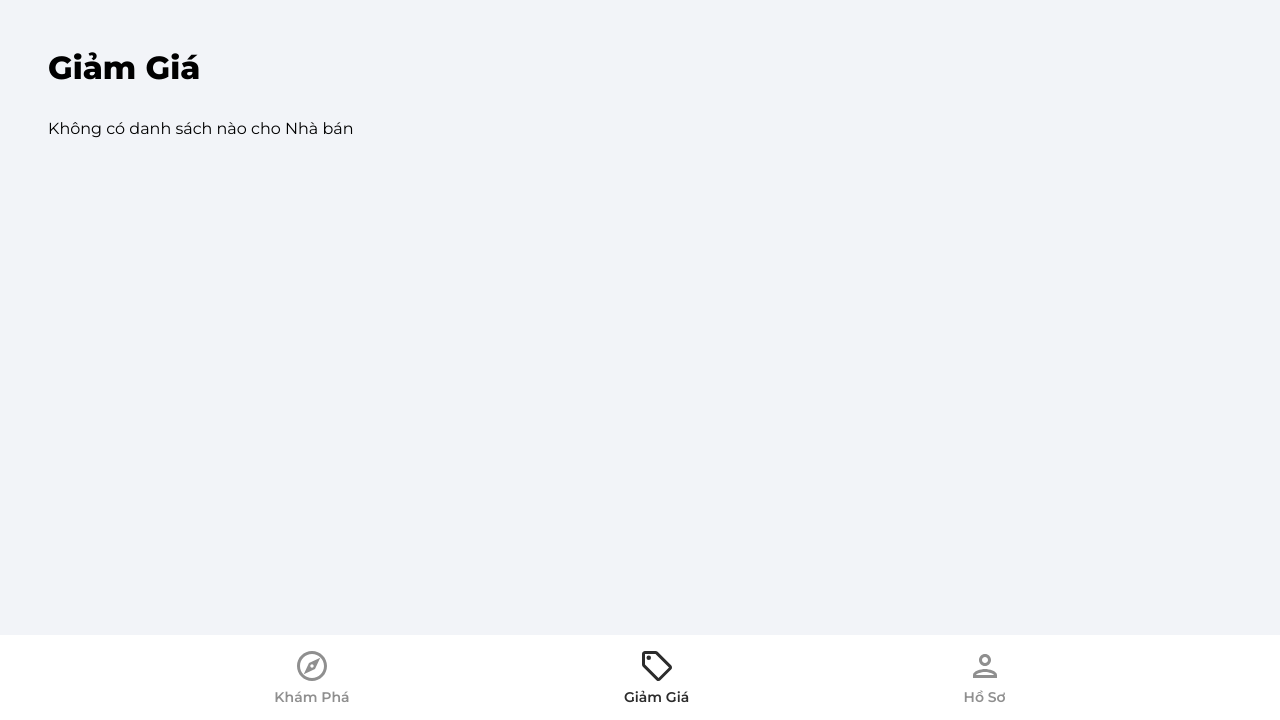
Repository: haokiet2501/house-demo
Page: /offers
These files come from the project's save history. The page is drawn as it stood at one moment and after a run of saves; the edit follows.
The browser window is 1280 px wide. The pictures show the whole page.
The page's requests for data from a server got no answer. The project was rebuilt for these pictures with package versions that can differ from the ones it lists, and the page was loaded fresh each time. No one was signed in, and anything a server would have sent is missing. Also part of the build but not shown: src/pages/Explore.jsx, src/components/ListingItem.jsx, src/pages/Category.jsx, src/pages/Profile.jsx, src/components/OAuth.jsx, src/pages/SignIn.jsx, src/pages/SignUp.jsx, src/pages/ForgotPassword.jsx and 2 more.

Above is the page before, as saved 2022-03-17 18:12:24.

### public/index.html
<!DOCTYPE html>
<html lang="en">
  <head>
    <meta charset="utf-8" />
    <link rel="icon" href="%PUBLIC_URL%/favicon.png" />
    <meta name="viewport" content="width=device-width, initial-scale=1" />
    <meta name="theme-color" content="#000000" />
    <meta
      name="description"
      content="Web site created using create-react-app"
    />
    <link rel="apple-touch-icon" href="%PUBLIC_URL%/logo192.png" />

    <link rel="manifest" href="%PUBLIC_URL%/manifest.json" />

    <title>Nhà Tốt</title>
  </head>
  <body>
    <noscript>You need to enable JavaScript to run this app.</noscript>
    <div id="root"></div>

  </body>
</html>

### src/index.css
@import url('https://fonts.googleapis.com/css2?family=Montserrat:wght@200;300;400;500;600;700;800;900&display=swap');
* {
  box-sizing: border-box;
}

html::-webkit-scrollbar {
  display: none;
}

body {
  font-family: 'Montserrat', sans-serif;
  background-color: #f2f4f8;
  margin: 0;
  box-sizing: border-box;
}

a {
  text-decoration: none;
  display: block;
  color: #000000;
}

button {
  outline: none;
  border: none;
}

.input,
.passwordInput,
.emailInput,
.nameInput,
.textarea {
  box-shadow: rgba(0, 0, 0, 0.11);
  border: none;
  background: #ffffff;
  border-radius: 3rem;
  height: 3rem;
  width: 100%;
  outline: none;
  font-family: 'Montserrat', sans-serif;
  padding: 0 3rem;
  font-size: 1rem;
}
@media (min-width: 1100px) {
  .input,
  .passwordInput,
  .emailInput,
  .nameInput,
  .textarea {
    padding: 0 5rem;
  }
}

.textarea {
  padding: 1rem 1.5rem;
  height: 300px;
  border-radius: 1rem;
}

.primaryButton {
  cursor: pointer;
  background: #00cc66;
  border-radius: 1rem;
  padding: 0.85rem 2rem;
  color: #ffffff;
  font-weight: 600;
  font-size: 1.25rem;
  width: 80%;
  margin: 0 auto;
  display: flex;
  align-items: center;
  justify-content: center;
}

.removeIcon {
  cursor: pointer;
  position: absolute;
  top: -3%;
  right: -2%;
}

.editIcon {
  cursor: pointer;
  position: absolute;
  top: -3.4%;
  right: 20px;
}

.pageContainer,
.offers,
.profile,
.listingDetails,
.category,
.explore {
  margin: 1rem;
}
@media (min-width: 1024px) {
  .pageContainer,
  .offers,
  .profile,
  .listingDetails,
  .category,
  .explore {
    margin: 3rem;
  }
}

.loadingSpinnerContainer {
  position: fixed;
  top: 0;
  right: 0;
  bottom: 0;
  left: 0;
  background-color: rgba(0, 0, 0, 0.5);
  z-index: 5000;
  display: flex;
  justify-content: center;
  align-items: center;
}

.loadingSpinner {
  width: 64px;
  height: 64px;
  border: 8px solid;
  border-color: #00cc66 transparent #00cc66 transparent;
  border-radius: 50%;
  animation: spin 1.2s linear infinite;
}
@keyframes spin {
  0% {
    transform: rotate(0deg);
  }
  100% {
    transform: rotate(360deg);
  }
}

.pageHeader {
  font-size: 2rem;
  font-weight: 800;
}

.navbar {
  position: fixed;
  left: 0;
  bottom: 0;
  right: 0;
  height: 85px;
  background-color: #ffffff;
  z-index: 1000;
  display: flex;
  justify-content: center;
  align-items: center;
}

.navbarNav {
  width: 100%;
  margin-top: 0.75rem;
  overflow-y: hidden;
}

.navbarListItems {
  margin: 0;
  padding: 0;
  display: flex;
  justify-content: space-evenly;
  align-items: center;
}

.navbarListItem {
  cursor: pointer;
  display: flex;
  flex-direction: column;
  justify-content: space-evenly;
  align-items: center;
}

.navbarListItemName,
.navbarListItemNameActive {
  margin-top: 0.25rem;
  font-size: 14px;
  font-weight: 600;
  color: #8f8f8f;
}
.navbarListItemNameActive {
  color: #2c2c2c;
}

.nameInput {
  margin-bottom: 2rem;
  background: url('./assets/svg/badgeIcon.svg') #ffffff 2.5% center no-repeat;
}

.emailInput {
  margin-bottom: 2rem;
  background: url('./assets/svg/personIcon.svg') #ffffff 2.5% center no-repeat;
}

.passwordInputDiv {
  position: relative;
}

.passwordInput {
  margin-bottom: 2rem;
  background: url('./assets/svg/lockIcon.svg') #ffffff 2.5% center no-repeat;
}

.showPassword {
  cursor: pointer;
  position: absolute;
  top: -4%;
  right: 1%;
  padding: 1rem;
}

.forgotPasswordLink {
  cursor: pointer;
  color: #00cc66;
  font-weight: 600;
  text-align: right;
}

.signInBar,
.signUpBar {
  margin-top: 3rem;
  display: flex;
  justify-content: space-between;
  align-items: center;
  position: inherit;
}

.signInButton,
.signUpButton,
.signInText,
.signUpText {
  cursor: pointer;
}
@media (min-width: 1024px) {
  .signInBar,
  .signUpBar {
    justify-content: start;
  }
}

.signInText,
.signUpText {
  font-size: 1.5rem;
  font-weight: 700;
}

.signInButton,
.signUpButton {
  display: flex;
  justify-content: center;
  align-items: center;
  width: 3rem;
  height: 3rem;
  background-color: #00cc66;
  border-radius: 50%;
}
@media (min-width: 1024px) {
  .signInButton,
  .signUpButton {
    margin-left: 3rem;
  }
}

.socialLogin {
  margin-top: 4rem;
  display: flex;
  flex-direction: column;
  align-items: center;
}

.socialIconDiv {
  cursor: pointer;
  display: flex;
  justify-content: center;
  align-items: center;
  padding: 0.75rem;
  margin: 1.5rem;
  width: 3rem;
  height: 3rem;
  background-color: #ffffff;
  border-radius: 50%;
  box-shadow: 0 4px 8px 0 rgba(0, 0, 0, 0.1);
}

.socialIconImg {
  width: 100%;
}

.registerLink {
  margin-top: 4rem;
  color: #00cc66;
  font-weight: 600;
  text-align: center;
  margin-bottom: 3rem;
}

@media (min-width: 1217px) {
  .explore {
    margin-bottom: 10rem;
  }
}
@media (max-height: 536) {
  .explore {
    margin-bottom: 10rem;
  }
}

.exploreHeading,
.exploreCategoryHeading {
  font-weight: 700;
  font-size: 1.5rem;
}

.exploreCategoryHeading {
  margin-top: 3rem;
}

.swiper-container {
  min-height: 225px;
  height: 23vw;
}

.swiper-pagination-bullet-active {
  background-color: #ffffff !important;
}

.swiperSlideDiv {
  position: relative;
  width: 100%;
  height: 100%;
}

.swiperSlideImg {
  width: 100%;
  object-fit: cover;
}

.swiperSlideText {
  color: #ffffff;
  position: absolute;
  top: 70px;
  left: 0;
  font-weight: 600;
  max-width: 90%;
  font-size: 1.25rem;
  background-color: rgba(0, 0, 0, 0.8);
  padding: 0.5rem;
}
@media (min-width: 1024px) {
  .swiperSlideText {
    font-size: 1.75rem;
  }
}

.swiperSlidePrice {
  color: #000000;
  position: absolute;
  top: 143px;
  left: 11px;
  font-weight: 600;
  max-width: 90%;
  background-color: #ffffff;
  padding: 0.25rem 0.5rem;
  border-radius: 1rem;
}
@media (min-width: 1024px) {
  .swiperSlidePrice {
    font-size: 1.25rem;
  }
}

.exploreCategories {
  display: flex;
  justify-content: space-between;
}
.exploreCategories a {
  width: 48%;
}

.exploreCategoryImg {
  min-height: 115px;
  height: 15vw;
  width: 100%;
  border-radius: 1.5rem;
  object-fit: cover;
  margin: 0 auto;
}

.exploreCategoryName {
  font-weight: 600;
  color: #333333;
  text-align: left;
}

.category {
  margin-bottom: 10rem;
}

.categoryListings {
  padding: 0;
}

.categoryListing {
  display: flex;
  justify-content: space-between;
  align-items: center;
  margin-bottom: 1rem;
  position: relative;
}

.categoryListingLink {
  display: contents;
}

.categoryListingImg {
  width: 30%;
  height: 100px;
  border-radius: 1.5rem;
  object-fit: cover;
}
@media (min-width: 1024px) {
  .categoryListingImg {
    width: 19%;
    height: 217px;
  }
}

.categoryListingDetails {
  width: 65%;
}
@media (min-width: 1024px) {
  .categoryListingDetails {
    width: 79%;
  }
}

.categoryListingLocation {
  font-weight: 600;
  font-size: 1rem;
  opacity: 0.8;
  margin-bottom: 5px;
}

.categoryListingName {
  font-weight: 600;
  font-size: 1.25rem;
  margin: 0;
}

.categoryListingPrice {
  margin-top: 0.5rem;
  font-weight: 600;
  font-size: 1.1rem;
  color: #00cc66;
  margin-bottom: 0;
  display: flex;
  align-items: center;
}

.categoryListingInfoDiv {
  display: flex;
  justify-content: space-between;
  max-width: 275px;
}

.categoryListingInfoText {
  font-weight: 500;
  font-size: 0.9rem;
}

.loadMore {
  cursor: pointer;
  width: 8rem;
  margin: 0 auto;
  text-align: center;
  padding: 0.25rem 0.5rem;
  background-color: #000000;
  color: #ffffff;
  font-weight: 600;
  border-radius: 1rem;
  opacity: 0.7;
  margin-top: 2rem;
}

.listingDetails {
  margin-bottom: 10rem;
}

.shareIconDiv {
  cursor: pointer;
  position: fixed;
  top: 3%;
  right: 5%;
  z-index: 2;
  background-color: #ffffff;
  border-radius: 50%;
  width: 3rem;
  height: 3rem;
  display: flex;
  justify-content: center;
  align-items: center;
}

.listingName {
  font-weight: 600;
  font-size: 1.5rem;
  margin-bottom: 0.5rem;
}

.listingLocation {
  margin-top: 0;
  font-weight: 600;
}

.discountPrice {
  padding: 0.25rem 0.5rem;
  background-color: #000000;
  color: #ffffff;
  border-radius: 1rem;
  font-size: 0.8rem;
  font-weight: 600;
  display: inline;
}

.listingType {
  padding: 0.25rem 0.5rem;
  background-color: #00cc66;
  color: #ffffff;
  border-radius: 2rem;
  display: inline;
  font-weight: 600;
  font-size: 0.8rem;
  margin-right: 1rem;
}

.listingDetailsList {
  padding: 0;
  list-style-type: none;
}
.listingDetailsList li {
  margin: 0.3rem 0;
  font-weight: 500;
  opacity: 0.8;
}

.listingLocationTitle {
  margin-top: 2rem;
  font-weight: 600;
  font-size: 1.25rem;
}

.leafletContainer {
  width: 100%;
  height: 200px;
  overflow-x: hidden;
  margin-bottom: 3rem;
}
@media (min-width: 1024px) {
  .leafletContainer {
    height: 400px;
  }
}

.linkCopied {
  position: fixed;
  top: 9%;
  right: 5%;
  z-index: 2;
  background-color: #ffffff;
  border-radius: 1rem;
  padding: 0.5rem 1rem;
  font-weight: 600;
}

.contactListingName {
  margin-top: -1rem;
  margin-bottom: 0;
  font-weight: 600;
}

.contactListingLocation {
  margin-top: 0.25rem;
  font-weight: 600;
}

.contactLandlord {
  margin-top: 2rem;
  display: flex;
  align-items: center;
}

.landlordName {
  font-weight: 600;
  font-size: 1.2rem;
}

.messageForm {
  margin-top: 0.5rem;
}

.messageDiv {
  margin-top: 2rem;
  display: flex;
  flex-direction: column;
  margin-bottom: 4rem;
}

.messageLabel {
  margin-bottom: 0.5rem;
}

.profile {
  margin-bottom: 10rem;
}

.profileHeader {
  display: flex;
  justify-content: space-between;
  align-items: center;
}

.logOut {
  cursor: pointer;
  font-family: 'Montserrat', sans-serif;
  font-size: 1rem;
  font-weight: 600;
  color: #ffffff;
  background-color: #00cc66;
  padding: 0.25rem 0.75rem;
  border-radius: 1rem;
}

.profileDetailsHeader {
  display: flex;
  justify-content: space-between;
  max-width: 500px;
}

.personalDetailsText {
  font-weight: 600;
}

.changePersonalDetails {
  cursor: pointer;
  font-weight: 600;
  color: #00cc66;
}

.profileCard {
  background-color: #ffffff;
  border-radius: 1rem;
  padding: 1rem;
  box-shadow: rgba(0, 0, 0, 0.2);
  max-width: 500px;
}

.profileDetails {
  display: flex;
  flex-direction: column;
}

.profileName,
.profileEmail,
.profileAddress,
.profileAddressActive,
.profileEmailActive,
.profileNameActive {
  all: unset;
  margin: 0.3rem 0;
  font-weight: 600;
  width: 100%;
}
.profileNameActive {
  background-color: rgba(44, 44, 44, 0.1);
}

.profileEmail,
.profileAddress,
.profileAddressActive,
.profileEmailActive {
  font-weight: 500;
}
.profileEmailActive {
  background-color: rgba(44, 44, 44, 0.1);
}

.profileAddressActive {
  background-color: rgba(44, 44, 44, 0.1);
}

.createListing {
  background-color: #ffffff;
  border-radius: 1rem;
  padding: 0.25rem 1rem;
  box-shadow: rgba(0, 0, 0, 0.2);
  margin-top: 2rem;
  font-weight: 600;
  max-width: 500px;
  display: flex;
  justify-content: space-between;
  align-items: center;
}

.listingText {
  margin-top: 3rem;
  font-weight: 600;
}

.lisitingsList {
  padding: 0;
}

.formLabel {
  font-weight: 600;
  margin-top: 1rem;
  display: block;
}

.formButtons {
  display: flex;
}

.formButton,
.formInput,
.formInputAddress,
.formInputName,
.formInputSmall,
.formInputFile,
.formButtonActive {
  padding: 0.9rem 3rem;
  background-color: #ffffff;
  font-weight: 600;
  border-radius: 1rem;
  font-size: 1rem;
  margin: 0.5rem 0.5rem 0 0;
  display: flex;
  justify-content: center;
  align-items: center;
}
.formButtonActive {
  background-color: #00cc66;
  color: #ffffff;
}

.flex {
  display: flex;
}

.formInput,
.formInputAddress,
.formInputName,
.formInputSmall,
.formInputFile {
  border: none;
  outline: none;
  font-family: 'Montserrat', sans-serif;
}
.formInputSmall,
.formInputFile {
  margin-right: 3rem;
  padding: 0.9rem 0.7rem;
  text-align: center;
}

.formInputName {
  padding: 0.9rem 1rem;
  width: 90%;
  max-width: 326px;
}

.formInputAddress {
  padding: 0.9rem 1rem;
  width: 90%;
  max-width: 326px;
}

.formPriceDiv {
  display: flex;
  align-items: center;
}

.formPriceText {
  margin-left: -1.5rem;
  font-weight: 600;
}

.imagesInfo {
  font-size: 0.9rem;
  opacity: 0.75;
}

.formInputFile {
  width: 100%;
}
.formInputFile::-webkit-file-upload-button {
  background-color: #00cc66;
  border: none;
  color: #ffffff;
  font-weight: 600;
  padding: 0.5rem 0.75rem;
  border-radius: 1rem;
  margin-right: 1rem;
}

.createListingButton {
  margin-top: 5rem;
}

.offers {
  margin-bottom: 10rem;
}

.offerBadge {
  padding: 0.25rem 0.5rem;
  background-color: #000000;
  color: #ffffff;
  border-radius: 1rem;
  margin-left: 1rem;
  font-size: 0.8rem;
  opacity: 0.75;
}

### src/App.js
import { BrowserRouter as Router, Routes, Route } from 'react-router-dom'
import { ToastContainer } from 'react-toastify'
import 'react-toastify/dist/ReactToastify.css';

import Explore from './pages/Explore'
import Offers from './pages/Offers'
import Category from './pages/Category'
import Profile from './pages/Profile'
import SignIn from './pages/SignIn'
import SignUp from './pages/SignUp'
import ForgotPassword from './pages/ForgotPassword'
import Navbar from './components/Navbar'
import PrivateRoute from './components/PrivateRoute'

function App() {
  return (
    <>
      <Router>
        <Routes>
          <Route exact path='/' element={<Explore />} />
          <Route path='/offers' element={<Offers />} />
          <Route path='/category/:categoryName' element={<Category />} />
          <Route path='/profile' element={<PrivateRoute />}>
            <Route path='/profile' element={<Profile />} />
          </Route>
          <Route path='/sign-in' element={<SignIn />} />
          <Route path='/sign-up' element={<SignUp />} />
          <Route path='/forgot-password' element={<ForgotPassword />} />
        </Routes>

        <Navbar />
      </Router>

      <ToastContainer />
    </>
  );
}

export default App;

### src/pages/Offers.jsx
import { useState, useEffect } from 'react'
import { useParams } from 'react-router-dom'
import {
    collection,
    getDocs,
    query,
    where,
    orderBy,
    limit,
    startAfter
} from 'firebase/firestore'
import { db } from '../firebase.config'
import { toast } from 'react-toastify'
import Spinner from '../components/Spinner'
import ListingItem from '../components/ListingItem'

function Offers() {
    const [listings, setListings] = useState(null)
    const [loading, setLoading] = useState(true)

    const params = useParams()

    useEffect(() => {
        const fetchListings = async () => {
            try {
                // Get reference
                const listingsRef = collection(db, 'listings')

                // Create a query
                const q = query(
                    listingsRef,
                    where('offer', '==', true),
                    orderBy('timestamp', 'desc'),
                    limit(10)
                )

                // Execute query
                const querySnap = await getDocs(q)

                const listings = []

                querySnap.forEach((doc) => {
                    return listings.push({
                        id: doc.id,
                        data: doc.data()
                    })
                })

                setListings(listings)
                setLoading(false)
            } catch (error) {
                toast.error('Không tìm thấy dữ liệu nào')
            }
        }

        fetchListings()
    }, [])

    return (
        <div className='category'>
            <header>
                <p className="pageHeader">
                    Giảm Giá
                </p>
            </header>

            {loading ? (
                <Spinner />
            ) : listings && listings.length > 0 ? (
                <>
                    <main>
                        <ul className='categoryListings'>
                            {listings.map((listing) => (
                                <ListingItem
                                    listing={listing.data}
                                    id={listing.id}
                                    key={listing.id}
                                />
                            ))}
                        </ul>
                    </main>
                </>
            ) : (
                <p>Không có danh sách nào cho {params.categoryName === 'rent' ? 'Nhà cho thuê' : 'Nhà bán'}
                </p>
            )}
        </div>
    )
}

export default Offers

### src/components/Navbar.jsx
import { useNavigate, useLocation } from 'react-router-dom'
import { ReactComponent as OfferIcon } from '../assets/svg/localOfferIcon.svg'
import { ReactComponent as ExploreIcon } from '../assets/svg/exploreIcon.svg'
import { ReactComponent as PersonOutlineIcon } from '../assets/svg/personOutlineIcon.svg'

function Navbar() {
    const navigate = useNavigate()
    const location = useLocation()

    const pathMatchRoute = (route) => {
        if(route === location.pathname) {
            return true
        }
    }

    return (
        <footer className='navbar'>
            <nav className="navbarNav">
                <ul className="navbarListItems">
                    <li className="navbarListItem" onClick={() => navigate('/')}>
                        <ExploreIcon
                            fill={pathMatchRoute('/') ? '#2c2c2c' : '#8f8f8f'}
                            width='36px' height='36px'
                        />
                        <p
                            className={pathMatchRoute('/')
                            ? 'navbarListItemNameActive' : 'navbarListItemName'}
                        >
                            Khám Phá
                        </p>
                    </li>

                    <li className="navbarListItem" onClick={() => navigate('/offers')}>
                        <OfferIcon
                            fill={pathMatchRoute('/offers') ? '#2c2c2c' : '#8f8f8f'} width='36px' height='36px'
                        />
                        <p
                            className={pathMatchRoute('/offers')
                            ? 'navbarListItemNameActive' : 'navbarListItemName'}
                        >
                            Giảm Giá
                        </p>
                    </li>

                    <li className="navbarListItem" onClick={() => navigate('/profile')}>
                        <PersonOutlineIcon
                            fill={pathMatchRoute('/profile') ? '#2c2c2c' : '#8f8f8f'} width='36px' height='36px'
                        />
                        <p
                            className={pathMatchRoute('/profile')
                            ? 'navbarListItemNameActive' : 'navbarListItemName'}
                        >
                            Hồ Sơ
                        </p>
                    </li>
                </ul>
            </nav>
        </footer>
    )
}

export default Navbar

### src/firebase.config.js
import { initializeApp } from "firebase/app";
import { getFirestore } from 'firebase/firestore'

const firebaseConfig = {
  apiKey: "AIzaSyDziCmo2NqVuKY3Xm35ntmUbGxh8Wt1bmk",
  authDomain: "house-marketplace-app-17acd.firebaseapp.com",
  projectId: "house-marketplace-app-17acd",
  storageBucket: "house-marketplace-app-17acd.appspot.com",
  messagingSenderId: "183679441165",
  appId: "1:183679441165:web:68d2a9ff47f98724e4b844"
};

// Initialize Firebase
const app = initializeApp(firebaseConfig);
export const db = getFirestore()

### src/components/Spinner.jsx
import React from 'react'

function Spinner() {
    return (
        <div className='loadingSpinnerContainer'>
            <div className="loadingSpinner"></div>
        </div>
    )
}

export default Spinner

Loaded but not shown: src/index.js (common file); src/reportWebVitals.js (common file)

After the next 2 saves:
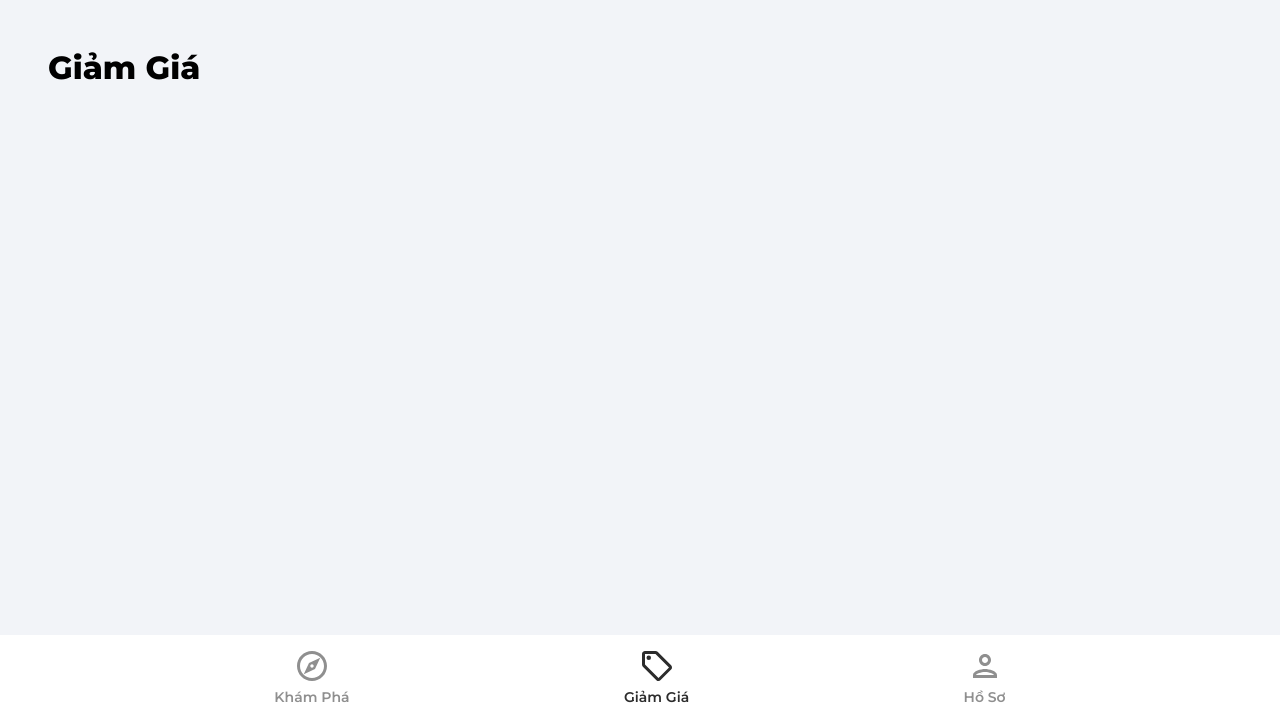
The 2 saves are shown as one change because they came seconds apart.
The last was saved 2 min 0 s later.
--- a/src/pages/Offers.jsx
+++ b/src/pages/Offers.jsx
@@ -81,8 +81,7 @@ function Offers() {
                     </main>
                 </>
             ) : (
-                <p>Không có danh sách nào cho {params.categoryName === 'rent' ? 'Nhà cho thuê' : 'Nhà bán'}
-                </p>
+                <p></p>
             )}
         </div>
     )
